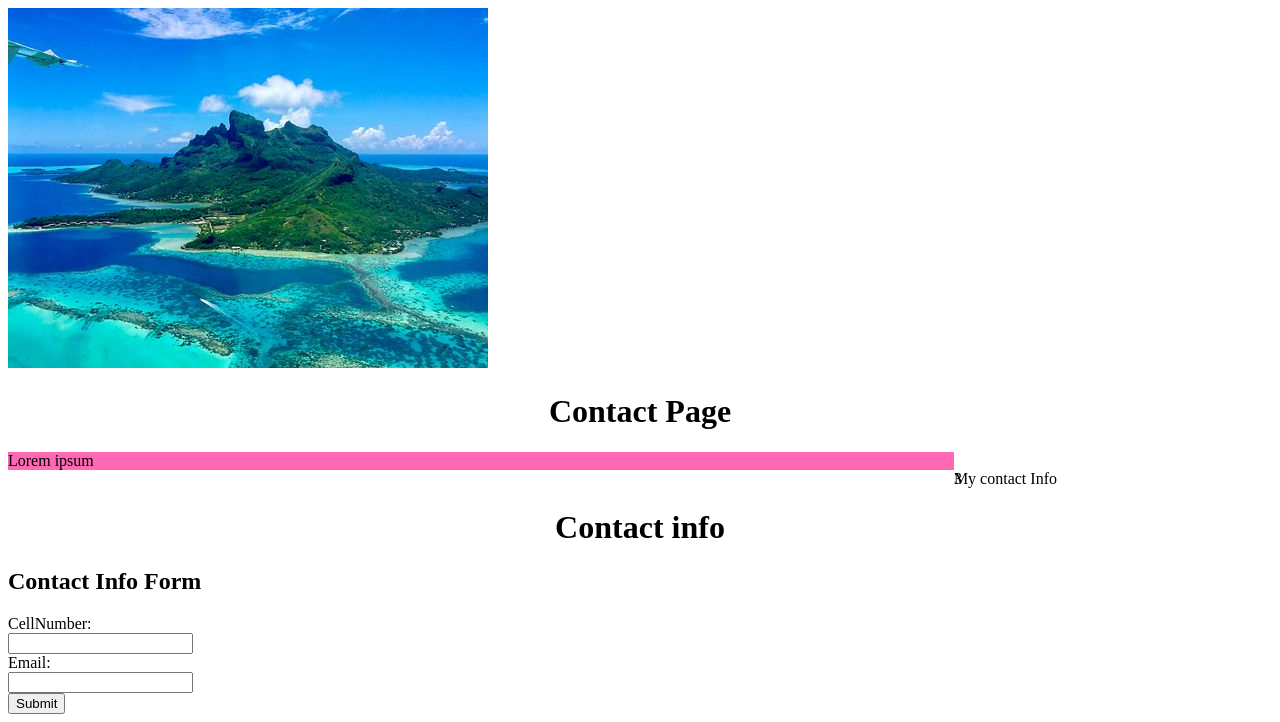
Repository: Melinda-Nanjad-Personal-Website/Personal-web
Page: contact.html
An editor plug-in stored every save of this project. The page is shown before and after the next save, followed by the edit.
The browser window is 1280 px wide. The pictures show the whole page.

Above is the page before, as saved 2023-07-28 20:13:01.

After the next save:
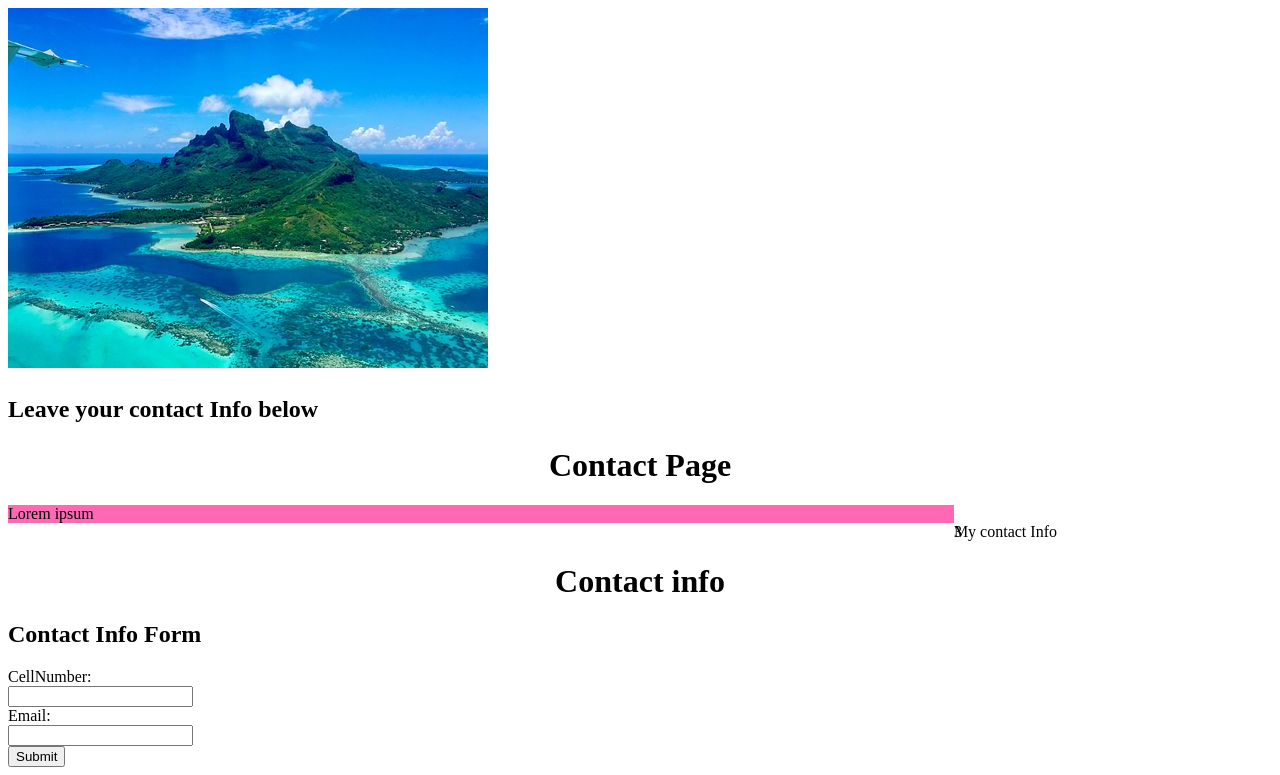
Saved 87 s later.
--- a/contact.html
+++ b/contact.html
@@ -15,6 +15,7 @@
 </div>
 <div>
     <h2 class="Thank You"</h2>
+        <p class="position">Leave your contact Info below</p>
 </div>
 
 </article>
